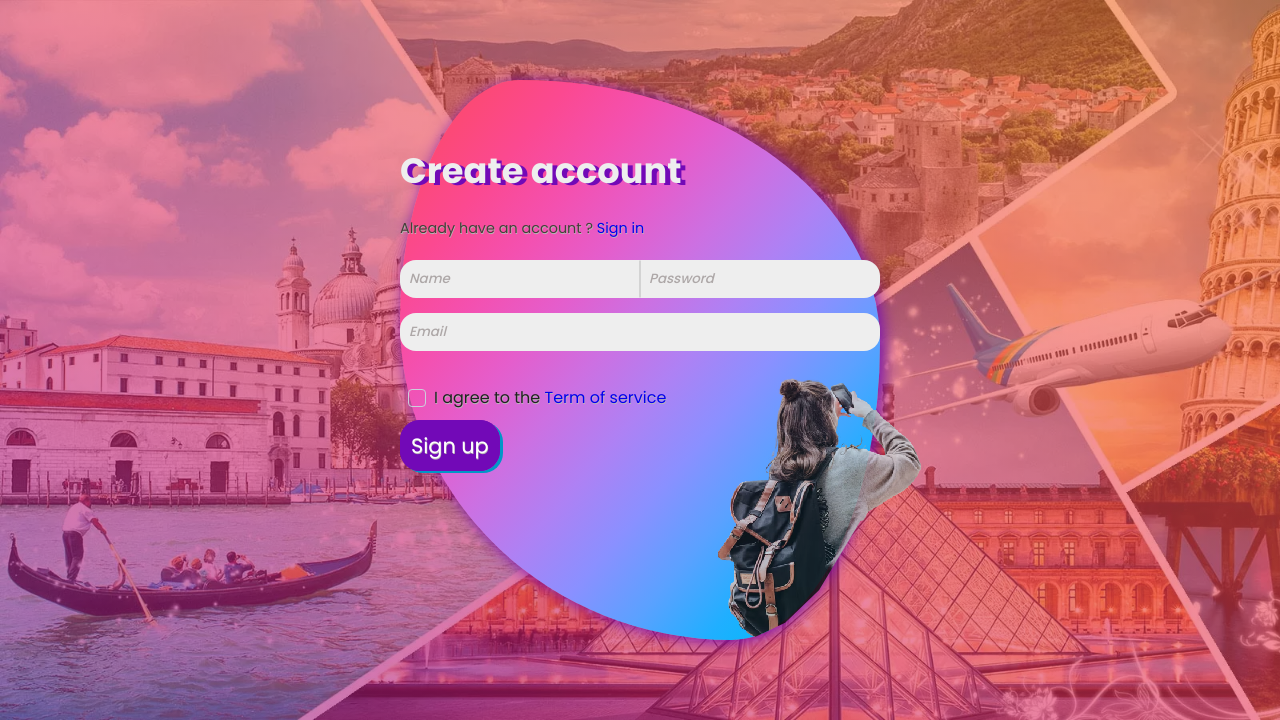
Repository: Yuukicoder/Techfest1
Page: signup.html
The author's editor kept a copy of each file at every save. The page is drawn from the files as they stood at one save, then again after the next save.
The browser window is 1280 px wide. The pictures show the whole page.
Some web fonts or font styles are not loaded; a fallback is used.

Above is the page before, as saved 2022-11-05 21:48:09.

### signup.html
<!DOCTYPE html>
<html lang="en">
  <head>
    <meta charset="UTF-8" />
    <meta http-equiv="X-UA-Compatible" content="IE=edge" />
    <meta name="viewport" content="width=device-width, initial-scale=1.0" />
    <link rel="stylesheet" href="signup.css" />
    <title>Signup</title>
  </head>
  <body>
    <div id="scroll-progress"></div>
    <div class="box">
      <div class="signup">
        <!-- ======================================HEADING=============================================================== -->
        <div class="signup__heading">Create account</div>

        <!-- ======================================SIGNIN=============================================================== -->

        <p class="signup__already">
          Already have an account ? <a href="#" class="signup__link">Sign in</a>
        </p>
        <!-- =======================================NAME+PASSWORD============================================================== -->

        <form action="#" class="signup__form">
          <div class="form__group form__group--2">
            <input type="text" class="form__input" placeholder="Name" />
            <input type="text" class="form__input" placeholder="Password" />
          </div>
          <!-- =======================================EMAIL============================================================== -->

          <div class="form__group">
            <input type="text" class="form__input" placeholder="Email" />
          </div>
          <!-- ======================================SVG CHECKBOX=============================================================== -->

          <svg class="checkbox-symbol">
            <symbol id="check" viewbox="0 0 12 10">
              <polyline
                points="1.5 6 4.5 9 10.5 1"
                stroke-linecap="round"
                stroke-linejoin="round"
                stroke-width="2"
              ></polyline>
            </symbol>
          </svg>

          <div class="checkbox-container">
            <input class="checkbox-input" id="apples" type="checkbox" />
            <label class="checkbox" for="apples">
              <span>
                <svg width="12px" height="10px">
                  <use xlink:href="#check"></use>
                </svg>
              </span>
              <span>
                I agree to the
                <a href="#" class="signup__link">Term of service</a>
              </span>
            </label>
          </div>
          <!-- ======================================BUTTON SIGNUP=============================================================== -->

          <div class="form__group">
            <div class="button-border">
              <form action="index.html">
                <a href="index.html" class="button"><span> Sign up </span></a>
              </form>
            </div>
          </div>
        </form>
      </div>
      <!-- ===========================================IMAGE========================================================== -->

      <img src="Image/signup2.png" alt="anh1" />
      <!-- ===================================================================================================== -->
    </div>
    <script src="app.js"></script>
  </body>
</html>

### signup.css
@import url("https://fonts.googleapis.com/css2?family=Caveat:wght@400;600&family=Hurricane&family=Poppins:wght@100;200;300;400;500;600;700;800;900&family=Satisfy&display=swap");
* {
  margin: 0;
  box-sizing: border-box;
  /* border: 1px solid black; */
  font-family: "Poppins", sans-serif;
}
:root {
  --text-color: #463f3a;
  --link-color: #0000ee;
  --shadow-color: #7209b7;
}
/* =================================BODY======================================================== */

body {
  background-image: linear-gradient(
      to right top,
      rgba(138, 35, 135, 0.6),
      rgba(162, 30, 129, 0.6),
      rgba(183, 29, 122, 0.6),
      rgba(202, 33, 112, 0.6),
      rgba(217, 44, 102, 0.6),
      rgba(226, 53, 93, 0.6),
      rgba(233, 63, 84, 0.6),
      rgba(239, 75, 75, 0.6),
      rgba(242, 84, 66, 0.6),
      rgba(243, 93, 56, 0.6),
      rgba(243, 103, 45, 0.6),
      rgba(242, 113, 33, 0.6)
    ),
    url("./Image/signup1.webp");
  object-position: center;
  object-fit: cover;
  background-size: cover;
  background-repeat: no-repeat;
  width: 100vw;
  height: 100vh;
  display: flex;
  align-items: center;
  justify-content: center;
}
#scroll-progress {
  position: fixed;
  top: 0;
  width: 0%;
  height: 4px;
  background: #7983ff;
  z-index: 10000;
}
body::-webkit-scrollbar {
  display: none;
}
/* =================================IMAGE======================================================== */
img {
  image-rendering: pixelated;
  height: 65%;
  /* transform: translate(300px,199px); */
  transform: translate(184px, 99px);
  opacity: 0.9;
  clip-path: polygon(
    100% 0,
    100% 61%,
    65% 67%,
    48% 86%,
    34% 95%,
    18% 100%,
    0 100%,
    0 0,
    47% 0,
    80% 0
  );
}
/* ==================================BOX======================================================= */

.box {
  background-image: linear-gradient(
    to left top,
    #12c2e9,
    #00baf7,
    #20afff,
    #5ba1ff,
    #8a90ff,
    #ae81f4,
    #cc70e2,
    #e55dcb,
    #f450af,
    #fb4991,
    #fc4975,
    #f64f59
  );
  border-radius: 25% 75% 31% 69% / 43% 47% 53% 57%;
  height: 35rem;
  width: 30rem;
  box-shadow: 3px 2px 1rem var(--shadow-color);
  display: flex;
  align-items: center;
  justify-content: center;
  position: relative;
}
/* ===========================HEADING+SIGNUP+SIGNIN--LINK+CHECKBOX--LINK============================================================== */

.signup__heading {
  font-size: 2.2rem;
  font-weight: bold;
  margin-bottom: 1.3rem;
  color: #eee;
  cursor: context-menu;
  text-shadow: 5px 2px var(--shadow-color);
}
.signup {
  position: absolute;
  top: 0;
  padding-top: 4rem;
  cursor: context-menu;
  text-shadow: 0.5px 0.5px rgb(185, 183, 183);
}
.signup__already {
  margin-bottom: 1.3rem;
  color: var(--text-color);
  font-size: 0.9rem;
}
.signup__link {
  text-decoration: none;
  background-image: linear-gradient(var(--link-color), var(--link-color));
  background-size: 0% 0.1em;
  background-position-y: 100%;
  background-position-x: 100%;
  background-repeat: no-repeat;
  transition: background-size 0.2s ease-in-out;
}
.signup__link:hover,
.signup__link:focus,
.signup__link:active {
  background-size: 100% 0.1em;
  background-position-x: 0%;
}
/* ================================NAME+PASSWORD+EMAIL========================================================= */

.form__group {
  margin-bottom: 15px;
}
.form__group--2 {
  display: flex;
  justify-content: space-between;
}
.form__input {
  font-family: "Poppins", sans-serif;
  padding: 0.5rem;
  border-radius: 1rem;
  outline: none;
  font-weight: 500;
  background-color: #eee;
  border: 1px solid transparent;
  transition: 0.2s linear;
  width: 100%;
}
.form__group--2 > .form__input:first-child {
  border-right-color: #d3d3d3;
}
.form__group--2 > .form__input:last-child {
  border-left-color: #d3d3d3;
}

.form__input:focus {
  border: none;
  background-color: white;
}

.form__group--2 > .form__input:last-child {
  border-top-left-radius: 0;
  border-bottom-left-radius: 0;
}
.form__group--2 > .form__input:first-child {
  border-top-right-radius: 0;
  border-bottom-right-radius: 0;
}
.form__input::-webkit-input-placeholder {
  color: rgb(173, 167, 167);
  font-style: italic;
}
/* =====================================BUTTON==================================================== */

.button {
  background-color: transparent;
  border: none;
  font-size: 1.3rem;
  color: #ffffff;
  outline: none;
  padding: 10px;
  width: 200px;
  position: relative;
  border-radius: 20px;
  background-color: var(--shadow-color);
  transition: 0.5s;
  box-shadow: 3px 2px rgb(1, 150, 199);
  border: 1px solid var(--shadow-color);
}

.button:hover {
  background-color: #0077ff;
  border-right: 1px solid white;
}

.button span {
  cursor: pointer;
  display: inline-block;
  position: relative;
  transition: 0.5s;
}

.button span:after {
  content: "\00bb";
  position: absolute;
  opacity: 0;
  top: 0;
  right: -20px;
  transition: 0.5s;
}

.button:hover span {
  padding-right: 25px;
}

.button:hover span:after {
  opacity: 1;
  right: 0;
}
/* ===================================SVG CHECKBOX====================================================== */

.checkbox-symbol {
  position: absolute;
  width: 0;
  height: 0;
  pointer-events: none;
  user-select: none;
}

.checkbox-container {
  box-sizing: border-box;
  color: #222;
  height: 64px;
  display: flex;
  justify-content: center;
  align-items: center;
  flex-flow: row wrap;
}

.checkbox-container * {
  box-sizing: border-box;
}

.checkbox-input {
  position: absolute;
  visibility: hidden;
}

.checkbox {
  user-select: none;
  cursor: pointer;
  padding: 6px 8px;
  border-radius: 6px;
  overflow: hidden;
  transition: all 0.3s ease;
  display: flex;
  position: absolute;
  left: 0;
}

.checkbox:not(:last-child) {
  margin-right: 6px;
}

.checkbox:hover {
  background: rgba(0, 119, 255, 0.06);
}

.checkbox span {
  vertical-align: middle;
  transform: translate3d(0, 0, 0);
}

.checkbox span:first-child {
  position: relative;
  flex: 0 0 18px;
  width: 18px;
  height: 18px;
  border-radius: 4px;
  transform: scale(1);
  border: 1px solid #cccfdb;
  transition: all 0.3s ease;
}

.checkbox span:first-child svg {
  position: absolute;
  top: 3px;
  left: 2px;
  fill: none;
  stroke: #fff;
  stroke-dasharray: 16px;
  stroke-dashoffset: 16px;
  transition: all 0.3s ease;
  transform: translate3d(0, 0, 0);
}

.checkbox span:last-child {
  padding-left: 8px;
  line-height: 18px;
}

.checkbox:hover span:first-child {
  border-color: #0077ff;
}

.checkbox-input:checked + .checkbox span:first-child {
  background: #0077ff;
  border-color: #0077ff;
  animation: zoom-in-out 0.3s ease;
}

.checkbox-input:checked + .checkbox span:first-child svg {
  stroke-dashoffset: 0;
}

@keyframes zoom-in-out {
  50% {
    transform: scale(0.9);
  }
}
/* ========================================================================================= */
.left-to-right {
  transform: translateX(-150%);
}

.left-to-right.start {
  transition: 1.7s ease-in-out;
  transform: translateX(0);
}
.right-to-left {
  transform: translateX(150%);
}

.right-to-left.start {
  transition: 0.7s ease-in-out;
  transform: translateX(0);
}
.zoom {
  transform: scale(0);
}

.zoom.start {
  transition: 1.5s ease-in-out;
  transform: unset;
}

Loaded but not shown: app.js (no copy from this time; the picture is the same without it)

After the next save:
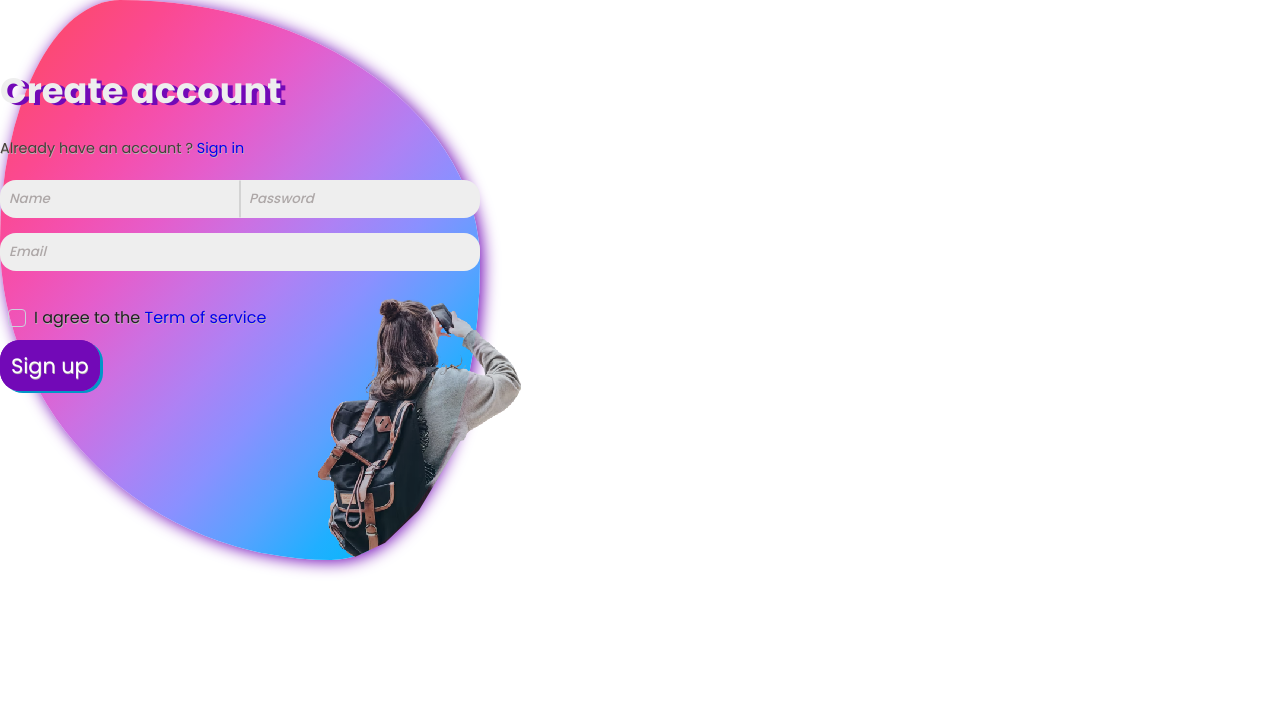
Saved 43 s later.
--- a/signup.css
+++ b/signup.css
@@ -11,7 +11,21 @@
   --shadow-color: #7209b7;
 }
 /* =================================BODY======================================================== */
-
+background-image: linear-gradient(
+  to left top,
+  #12c2e9,
+  #00baf7,
+  #20afff,
+  #5ba1ff,
+  #8a90ff,
+  #ae81f4,
+  #cc70e2,
+  #e55dcb,
+  #f450af,
+  #fb4991,
+  #fc4975,
+  #f64f59
+);
 body {
   background-image: linear-gradient(
       to right top,
